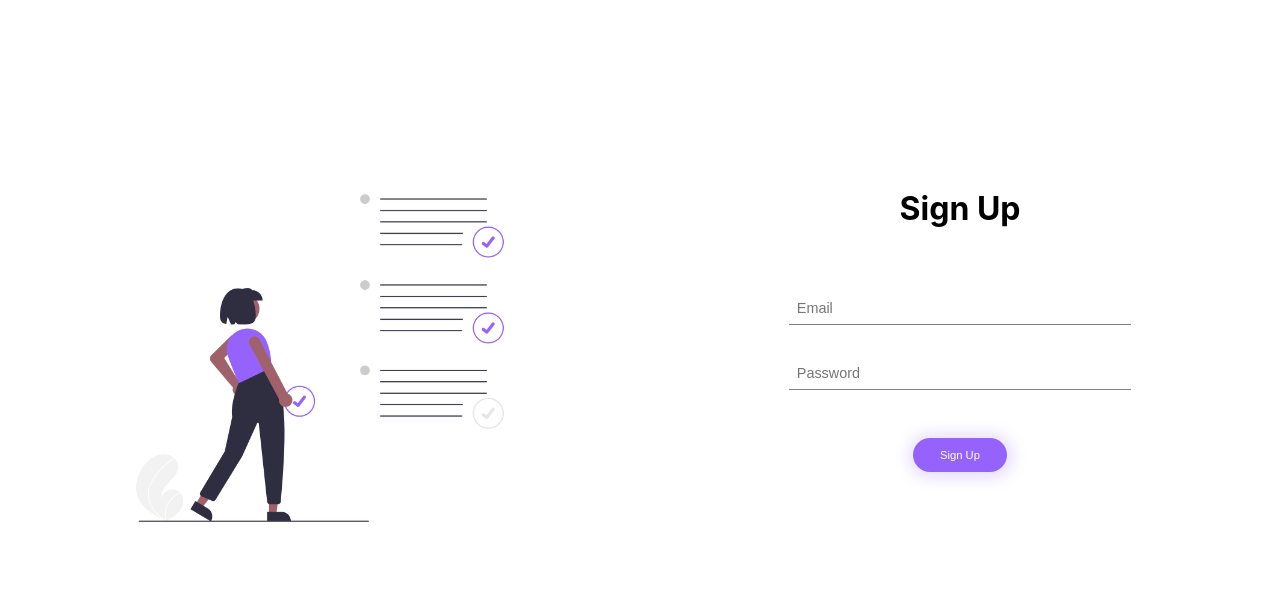
Repository: EEOOOO/wanted-pre-onboarding-fe
Page: / (app in to-do-list-app/), after clicking the first element matching `button.sign_in_04ae8_signUpButton`
These files come from the project's save history. The page is drawn as it stood at one moment and after a run of saves; the edit follows.
The browser window is 1280 px wide. The pictures show the whole page.
The project was rebuilt for these pictures with package versions that can differ from the ones it lists, and the page was loaded fresh each time. Also part of the build but not shown: to-do-list-app/src/components/sign_in/sign_in.module.css, to-do-list-app/src/components/sign_up/sign_up.module.css, to-do-list-app/src/components/todoList/todo_list.jsx.

Above is the page before, as saved 2022-08-22 01:01:09.

### to-do-list-app/public/index.html
<!DOCTYPE html>
<html lang="en">
  <head>
    <meta charset="utf-8" />
    <link rel="icon" href="%PUBLIC_URL%/logo.png" />
    <meta name="viewport" content="width=device-width, initial-scale=1" />
    <meta name="theme-color" content="#000000" />
    <meta
      name="description"
      content="Web site created using create-react-app"
    />
    <link rel="apple-touch-icon" href="%PUBLIC_URL%/logo.png" />
    <link rel="manifest" href="%PUBLIC_URL%/manifest.json" />
    <title>Todo List App</title>
  </head>
  <body>
    <div id="root"></div>
  </body>
</html>

### to-do-list-app/src/App.js
import style from './app.module.css';
import { Routes, Route } from 'react-router-dom'
import Login from './components/login/login';
import TodoList from './components/todoList/todo_list';

function App() {
  return <div className={style.App}>
    <Routes>
      <Route path="/" element={<Login/>}></Route>
      <Route path="todo" element={<TodoList/>}></Route>
    </Routes>
  </div>
}

export default App;

### to-do-list-app/src/components/login/login.jsx
import React, { useState } from 'react';
import SignIn from '../sign_in/sign_in';
import SignUp from '../sign_up/sign_up';
import style from '../login/login.module.css';
import loginImage from '../login/login_img.png';

const Login = (props) => {
    const goTosignUp = () => {
        setViewableScreen(<SignUp/>)
    }
    const signIn = <SignIn goToSignUp={goTosignUp}/>
    let [viewableScreen, setViewableScreen] = useState(signIn);
    return (
        <div className={style.login}>
            <div className={style.cover}>
                <img src={loginImage} className={style.coverImage}/>
            </div>
            <div className={style.inputContainer}>{viewableScreen}</div>
        </div>
    )
}

export default Login;

### to-do-list-app/src/components/sign_in/sign_in.jsx
import React from 'react';
import LoginInputForm from '../login_input_form/login_input_form';
import style from '../sign_in/sign_in.module.css'

const SignIn = ({goToSignUp}) => {
    const handleSignInSubmit = (event) => {
        //event.preventDefault();
        console.log(event);
    }
    return(
        <div className={style.signIn}>
            <h1>Sign in</h1>
            <LoginInputForm handleSubmit={handleSignInSubmit} submitContent={'Sign in'}/>
            <span className={style.signUpText}>If you don't have an account yet? &gt; </span>
            <button className={style.signUpButton} onClick={goToSignUp}>Sign Up</button>
        </div>
    )
}

export default SignIn;

### to-do-list-app/src/components/sign_up/sign_up.jsx
import React from 'react';
import style from '../sign_up/sign_up.module.css'
import LoginInputForm from '../login_input_form/login_input_form';

const SignUp = (props) => {
    const handleSignUpSubmit = (event) => {
        event.preventDefault();
        console.log(event);
    }
    return(
        <div className={style.signUp}>
            <h1>Sign Up</h1>
            <LoginInputForm handleSubmit={handleSignUpSubmit} submitContent={'Sign Up'}/>
        </div>
    )
}

export default SignUp;

### to-do-list-app/src/components/login/login.module.css
.login {
  display: flex;
  height: 100vh;
  justify-content: space-between;
  align-items: center;
}
.inputContainer {
  width: 50%;
  min-width: 235px;
}
.cover {
  width: 50%;
}
.coverImage {
  width: 80%;
  height: 80%;
}

### to-do-list-app/src/components/login_input_form/login_input_form.jsx
import React from 'react';
import style from '../login_input_form/login_input_form.module.css';
const LoginInputForm = ({handleSubmit, submitContent}) => {
    return (
    <form className={style.inputForm} onSubmit={handleSubmit}>
        <div className={style.email}>
            <input
            type="text"
            className={style.inputEmail}
            placeholder='Email'></input>
        </div>
        <div className={style.password}>
            <input
            type="text"
            className={style.inputPassWord}
            placeholder='Password'></input>
        </div>
        <button type="submit" className={style.submitButton}>{submitContent}</button>
    </form>
    );
};

export default LoginInputForm;

### to-do-list-app/src/components/login_input_form/login_input_form.module.css
.inputForm {
  margin: 3rem;
}
.email,
.password {
  display: flex;
  flex-direction: column;
  align-items: center;
}
input {
  width: 60%;
  font-size: 0.9rem;
  padding: 0.5rem;
  margin: 1rem;
  border: none;
  border-bottom: 0.5px solid gray;
}
.submitButton {
  background-color: rgb(149, 99, 251);
  font-size: 0.7rem;
  color: white;
  border: none;
  padding: 0.7rem 1.7rem;
  border-radius: 17px;
  margin: 2rem 1rem;
  -webkit-box-shadow: 1px 1px 15px 5px rgba(149, 99, 251, 0.23);
  box-shadow: 1px 1px 15px 5px rgba(149, 99, 251, 0.23);
  cursor: pointer;
  transition: transform 200ms ease-in;
}
.submitButton:hover {
  transform: scale(1.05);
}

Loaded but not shown: to-do-list-app/src/index.js (common file); to-do-list-app/src/index.css (common file); to-do-list-app/src/reportWebVitals.js (common file); to-do-list-app/src/app.module.css (common file)

After the next 2 saves:
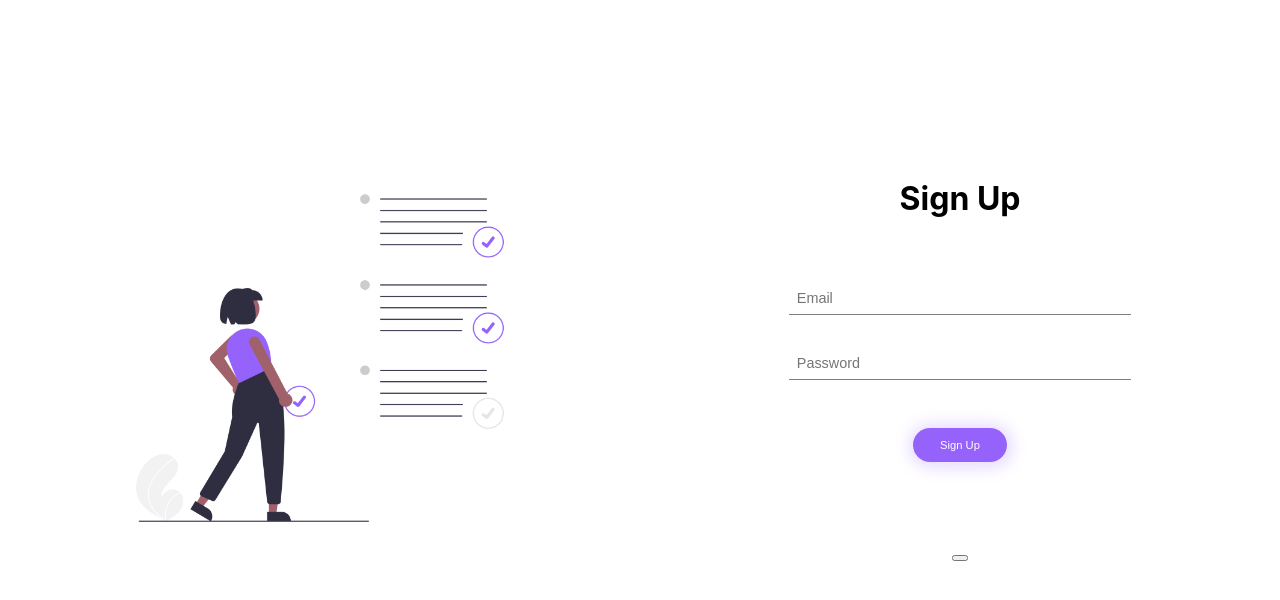
The 2 saves are shown as one change because 1 did not build or start.
The last was saved 38 s later.
--- a/to-do-list-app/src/components/sign_up/sign_up.jsx
+++ b/to-do-list-app/src/components/sign_up/sign_up.jsx
@@ -11,6 +11,8 @@
         <div className={style.signUp}>
             <h1>Sign Up</h1>
             <LoginInputForm handleSubmit={handleSignUpSubmit} submitContent={'Sign Up'}/>
+            <span className={style.signUpText}></span>
+            <button className={style.signUpButton} ></button>
         </div>
     )
 }

After the save that followed:
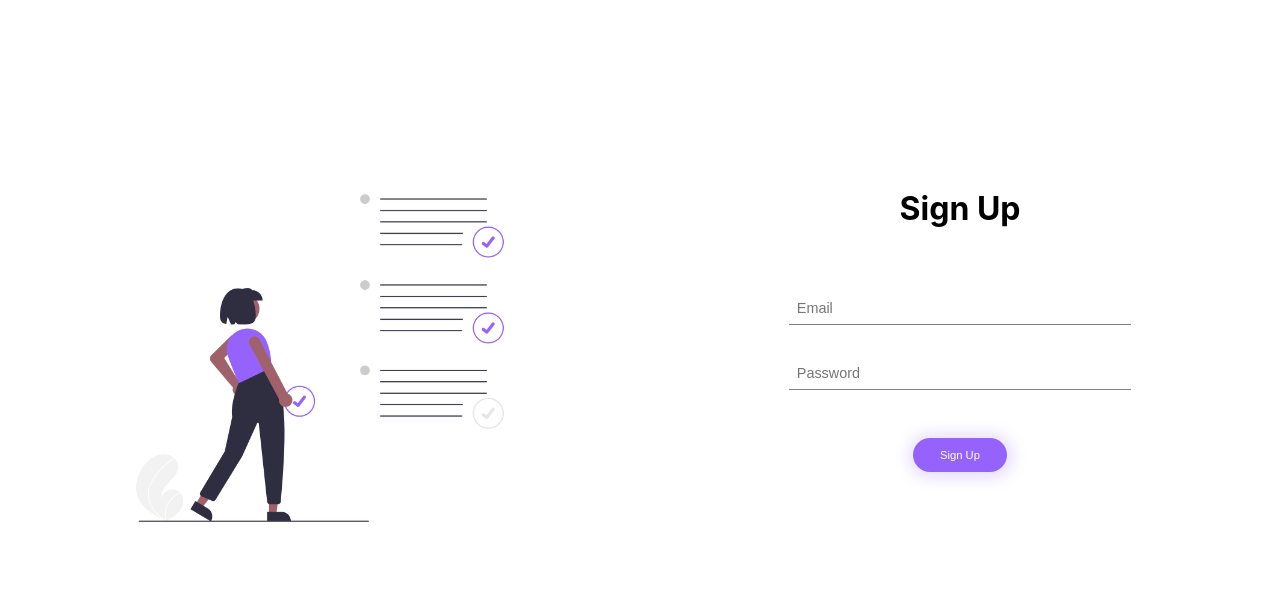
Saved 11 s later.
--- a/to-do-list-app/src/components/sign_up/sign_up.jsx
+++ b/to-do-list-app/src/components/sign_up/sign_up.jsx
@@ -11,8 +11,7 @@
         <div className={style.signUp}>
             <h1>Sign Up</h1>
             <LoginInputForm handleSubmit={handleSignUpSubmit} submitContent={'Sign Up'}/>
-            <span className={style.signUpText}></span>
-            <button className={style.signUpButton} ></button>
+
         </div>
     )
 }
